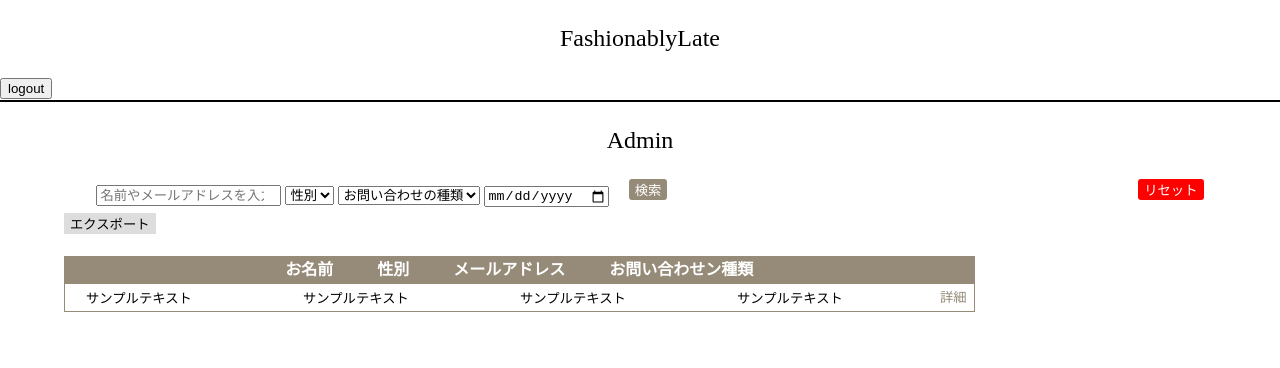
Repository: mayu-ya/test_form
Page: http://localhost/
An editor plug-in stored every save of this project. The page is shown before and after the next save, followed by the edit.
The browser window is 1280 px wide. The pictures show the whole page.
The page is served by the project's Laravel application, run on PHP 8.4 with Laravel 8.

Above is the page before, as saved 2026-01-17 23:03:22.

After the next save:
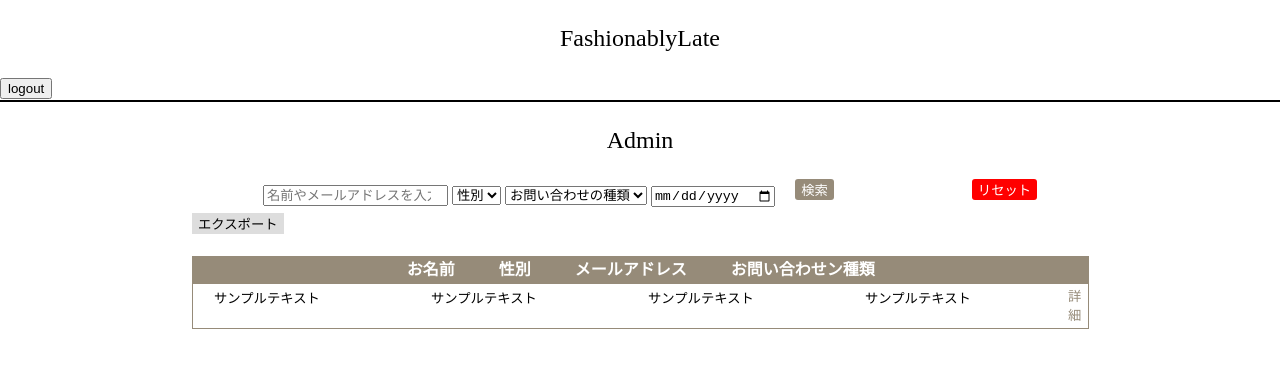
Saved 2 min 43 s later.
--- a/src/public/css/admin.css
+++ b/src/public/css/admin.css
@@ -14,12 +14,12 @@
 .search {
     display: flex;
     margin: 0 auto;
-    width: 90%;
+    width: 70%;
     justify-content: space-around;
 }
 
 .form__search {
-    width: 90%;
+    width: 70%;
     display: flex;
     text-align: center;
 }
@@ -45,7 +45,7 @@
 }
 
 .export {
-    width: 90%;
+    width: 70%;
     margin: 0 auto;
 }
 
@@ -56,8 +56,9 @@
 }
 
 .table-content {
-    width: 90%;
+    width: 70%;
     align-items: center;
+    justify-content: center;
     margin: 0 auto;
 }
 
